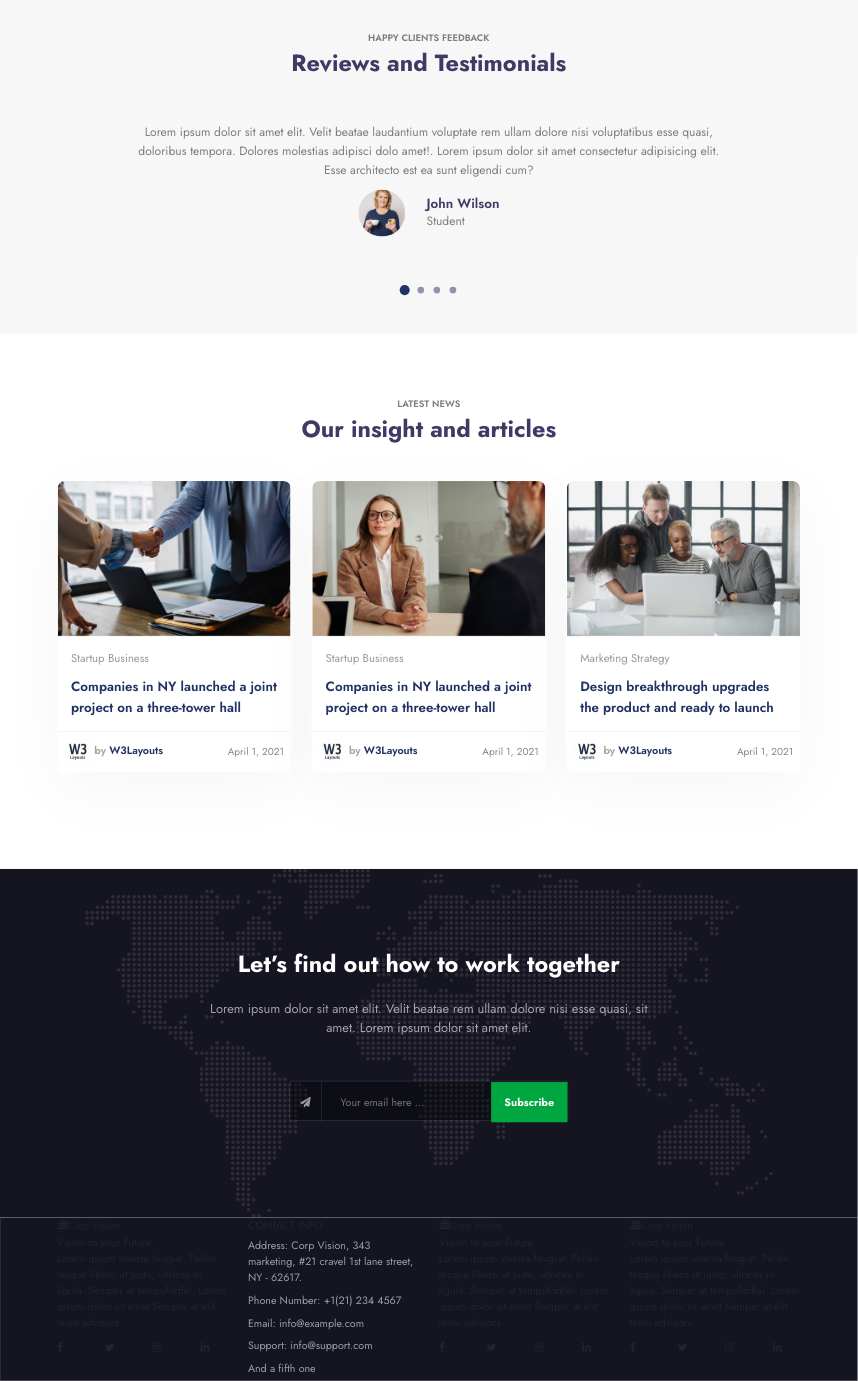
Repository: khaipnp/corpvision
Page: index.html
These files come from the project's save history. The page is drawn as it stood at one moment and after the next save; the edit follows.
The browser window is 1280 px wide. The pictures show the whole page, at 67% of full size.

Above is the page before, as saved 2021-07-04 12:50:31.

### index.html
<!DOCTYPE html>
<html lang="en">
  <head>
    <meta charset="UTF-8" />
    <meta http-equiv="X-UA-Compatible" content="IE=edge" />
    <meta name="viewport" content="width=device-width, initial-scale=1.0" />
    <title>Corpvision</title>
    <meta name="description" content="Corpvision Website" />
    <!-- FONT-GOOGLE -->
    <link rel="preconnect" href="https://fonts.gstatic.com" />
    <link
      href="https://fonts.googleapis.com/css2?family=Jost:ital,wght@0,100;0,200;0,300;0,400;0,500;0,600;0,700;0,800;0,900;1,400&display=swap"
      rel="stylesheet"
    />
    <!-- FONT-AWSOME -->
    <link
      rel="stylesheet"
      href="https://cdnjs.cloudflare.com/ajax/libs/font-awesome/5.15.3/css/all.min.css"
      integrity="sha512-iBBXm8fW90+nuLcSKlbmrPcLa0OT92xO1BIsZ+ywDWZCvqsWgccV3gFoRBv0z+8dLJgyAHIhR35VZc2oM/gI1w=="
      crossorigin="anonymous"
      referrerpolicy="no-referrer"
    />
    <link rel="stylesheet" href="./css/font-awesome.min.css" />
    <!-- OWL CAROUSEL -->
    <link
      rel="stylesheet"
      href="https://cdnjs.cloudflare.com/ajax/libs/OwlCarousel2/2.3.4/assets/owl.carousel.min.css"
      integrity="sha512-tS3S5qG0BlhnQROyJXvNjeEM4UpMXHrQfTGmbQ1gKmelCxlSEBUaxhRBj/EFTzpbP4RVSrpEikbmdJobCvhE3g=="
      crossorigin="anonymous"
      referrerpolicy="no-referrer"
    />
    <link
      rel="stylesheet"
      href="https://cdnjs.cloudflare.com/ajax/libs/OwlCarousel2/2.3.4/assets/owl.theme.default.css"
      integrity="sha512-OTcub78R3msOCtY3Tc6FzeDJ8N9qvQn1Ph49ou13xgA9VsH9+LRxoFU6EqLhW4+PKRfU+/HReXmSZXHEkpYoOA=="
      crossorigin="anonymous"
      referrerpolicy="no-referrer"
    />
    <!-- BOOTSTRAP -->
    <link
      rel="stylesheet"
      href="https://cdn.jsdelivr.net/npm/bootstrap@4.6.0/dist/css/bootstrap.min.css"
      integrity="sha384-B0vP5xmATw1+K9KRQjQERJvTumQW0nPEzvF6L/Z6nronJ3oUOFUFpCjEUQouq2+l"
      crossorigin="anonymous"
    />
    <!-- MAIN CSS -->
    <link rel="stylesheet" href="./css/main.css" />
  </head>
  <body>
    <header></header>
    <section class="feedback">
      <div class="feedback__content py-5">
        <div class="container">
          <h5 class="small-title col-12 text-center">Happy clients Feedback</h5>
          <h3 class="big-title col-12 text-center">Reviews and Testimonials</h3>
          <div class="testimonials owl-carousel owl-theme">
            <div class="testimonials__item">
              <p class="text-center col-12">
                Lorem ipsum dolor sit amet elit. Velit beatae laudantium
                voluptate rem ullam dolore nisi voluptatibus esse quasi,
                doloribus tempora. Dolores molestias adipisci dolo amet!. Lorem
                ipsum dolor sit amet consectetur adipisicing elit. Esse
                architecto est ea sunt eligendi cum?
              </p>
              <div
                class="
                  testimonials__desc
                  row
                  align-items-center
                  justify-content-center
                "
              >
                <div class="avatar mr-3">
                  <img src="./img/team1.jpg" alt="team 1" />
                </div>
                <div class="name ml-3">
                  <h3>John Wilson</h3>
                  <p>Student</p>
                </div>
              </div>
            </div>
            <div class="testimonials__item">
              <p class="text-center col-12">
                Lorem ipsum dolor sit amet elit. Velit beatae laudantium
                voluptate rem ullam dolore nisi voluptatibus esse quasi,
                doloribus tempora. Dolores molestias adipisci dolo amet!. Lorem
                ipsum dolor sit amet consectetur adipisicing elit. Esse
                architecto est ea sunt eligendi cum?
              </p>
              <div
                class="
                  testimonials__desc
                  row
                  align-items-center
                  justify-content-center
                "
              >
                <div class="avatar mr-3">
                  <img src="./img/team2.jpg" alt="team 2" />
                </div>
                <div class="name ml-3">
                  <h3>Julia Sakura</h3>
                  <p>Student</p>
                </div>
              </div>
            </div>
            <div class="testimonials__item">
              <p class="text-center col-12">
                Lorem ipsum dolor sit amet elit. Velit beatae laudantium
                voluptate rem ullam dolore nisi voluptatibus esse quasi,
                doloribus tempora. Dolores molestias adipisci dolo amet!. Lorem
                ipsum dolor sit amet consectetur adipisicing elit. Esse
                architecto est ea sunt eligendi cum?
              </p>
              <div
                class="
                  testimonials__desc
                  row
                  align-items-center
                  justify-content-center
                "
              >
                <div class="avatar mr-3">
                  <img src="./img/team3.jpg" alt="team 3" />
                </div>
                <div class="name ml-3">
                  <h3>Roy Linderson</h3>
                  <p>Student</p>
                </div>
              </div>
            </div>
            <div class="testimonials__item">
              <p class="text-center col-12">
                Lorem ipsum dolor sit amet elit. Velit beatae laudantium
                voluptate rem ullam dolore nisi voluptatibus esse quasi,
                doloribus tempora. Dolores molestias adipisci dolo amet!. Lorem
                ipsum dolor sit amet consectetur adipisicing elit. Esse
                architecto est ea sunt eligendi cum?
              </p>
              <div
                class="
                  testimonials__desc
                  row
                  align-items-center
                  justify-content-center
                "
              >
                <div class="avatar mr-3">
                  <img src="./img/team4.jpg" alt="team 4" />
                </div>
                <div class="name ml-3">
                  <h3>Smith Johnson</h3>
                  <p>Student</p>
                </div>
              </div>
            </div>
          </div>
        </div>
      </div>
    </section>
    <section class="news py-5">
      <div class="news__content py-5">
        <div class="container">
          <h5 class="small-title col-12 text-center">LATEST NEWS</h5>
          <h3 class="big-title col-12 text-center">Our insight and articles</h3>
          <div class="row py-5">
            <div class="news__item col-md-6 col-lg-4">
              <div class="news__card">
                <div class="card__thumbnail p-0 position-relative">
                  <img src="./img/blog1.jpg" alt="blog 1" />
                </div>
                <div class="card__content">
                  <p>Startup Business</p>
                  <a href="#">Companies in NY launched a joint project on a three-tower
                    hall</a>
                </div>
                <div class="card__footer">
                  <span><img src="./img/icon.jpeg" alt="" /> by <a href="#">W3Layouts</a></span>
                  <p>April 1, 2021</p>
                </div>
              </div>
            </div>
            <div class="news__item col-md-6 col-lg-4">
              <div class="news__card">
                <div class="card__thumbnail p-0 position-relative">
                  <img src="./img/blog2.jpg" alt="blog 1" />
                </div>
                <div class="card__content">
                  <p>Startup Business</p>
                  <a href="#">Companies in NY launched a joint project on a three-tower
                    hall</a>
                </div>
                <div class="card__footer">
                  <span><img src="./img/icon.jpeg" alt="" /> by <a href="#">W3Layouts</a></span>
                  <p>April 1, 2021</p>
                </div>
              </div>
            </div>
            <div class="news__item col-md-6 col-lg-4">
              <div class="news__card">
                <div class="card__thumbnail p-0 position-relative">
                  <img src="./img/blog3.jpg" alt="blog 1" />
                </div>
                <div class="card__content">
                  <p>Marketing Strategy</p>
                  <a href="#">Design breakthrough upgrades the product and ready to launch</a>
                </div>
                <div class="card__footer">
                  <span><img src="./img/icon.jpeg" alt="" /> by <a href="#">W3Layouts</a></span>
                  <p>April 1, 2021</p>
                </div>
              </div>
            </div>
          </div>
        </div>
      </div>
    </section>
    <div class="subscribe py-5">
      <div class="container">
        <div class="sub__box my-5 mx-auto align-items-center justify-content-center">
          <h3 class="big-title py-4 col-12 text-center">Let’s find out how to work together<h3>
          <p class="col-12 text-center">Lorem ipsum dolor sit amet elit. Velit beatae rem ullam dolore nisi esse quasi, sit amet. Lorem ipsum dolor sit amet elit.</p>
          <div class="input__email justify-content-center py-5">
            <form>
              <i class="fa fa-paper-plane"></i>
              <input type="email" placeholder="Your email here ...">
              <button>Subscribe</button>
            </form>
          </div>
        </div>
      </div>
    </div>
    <footer>
      <div class="footer__info container">
        <div class="row">
          <div class="footer__content col-3">
            <i class="fa fa-align-right">Corp Vision</i>
            <div class="slogan">Vision to your Future</div>
            <p>Lorem ipsum viverra feugiat. Pellen tesque libero ut justo, ultrices in ligula. Semper at tempufddfel. Lorem ipsum dolor sit amet Semper at elit team advisors.</p>
            <div class="social__network row justify-content-start">
              <i class="fa fa-facebook col-3"></i>
              <i class="fa fa-twitter col-3"></i>
              <i class="fa fa-instagram col-3"></i>
              <i class="fa fa-linkedin col-3"></i>
            </div>
          </div>
          <div class="footer__content col-3">
            CONTACT INFO
            <ul class="list-group list-group-flush">
              <li class="list-group-item">Address: Corp Vision, 343 marketing, #21 cravel 1st lane street, NY - 62617.</li>
              <li class="list-group-item">Phone Number: +1(21) 234 4567</li>
              <li class="list-group-item">Email: info@example.com</li>
              <li class="list-group-item">Support: info@support.com</li>
              <li class="list-group-item">And a fifth one</li>
            </ul>
          </div>
          <div class="footer__content col-3">
            <i class="fa fa-align-right">Corp Vision</i>
            <div class="slogan">Vision to your Future</div>
            <p>Lorem ipsum viverra feugiat. Pellen tesque libero ut justo, ultrices in ligula. Semper at tempufddfel. Lorem ipsum dolor sit amet Semper at elit team advisors.</p>
            <div class="social__network row justify-content-start">
              <i class="fa fa-facebook col-3"></i>
              <i class="fa fa-twitter col-3"></i>
              <i class="fa fa-instagram col-3"></i>
              <i class="fa fa-linkedin col-3"></i>
            </div>
          </div>
          <div class="footer__content col-3">
            <i class="fa fa-align-right">Corp Vision</i>
            <div class="slogan">Vision to your Future</div>
            <p>Lorem ipsum viverra feugiat. Pellen tesque libero ut justo, ultrices in ligula. Semper at tempufddfel. Lorem ipsum dolor sit amet Semper at elit team advisors.</p>
            <div class="social__network row justify-content-start">
              <i class="fa fa-facebook col-3"></i>
              <i class="fa fa-twitter col-3"></i>
              <i class="fa fa-instagram col-3"></i>
              <i class="fa fa-linkedin col-3"></i>
            </div>
          </div>
        </div>
      </div>
    </footer>
    <!-- SCRIPT -->
    <!-- BOOTSTRAP -->
    <script
      src="https://cdnjs.cloudflare.com/ajax/libs/jquery/3.6.0/jquery.js"
      integrity="sha512-n/4gHW3atM3QqRcbCn6ewmpxcLAHGaDjpEBu4xZd47N0W2oQ+6q7oc3PXstrJYXcbNU1OHdQ1T7pAP+gi5Yu8g=="
      crossorigin="anonymous"
      referrerpolicy="no-referrer"
    ></script>
    <script
      src="https://cdn.jsdelivr.net/npm/bootstrap@4.6.0/dist/js/bootstrap.bundle.min.js"
      integrity="sha384-Piv4xVNRyMGpqkS2by6br4gNJ7DXjqk09RmUpJ8jgGtD7zP9yug3goQfGII0yAns"
      crossorigin="anonymous"
    ></script>
    <!-- OWL CAROUSEL -->
    <script src="./js/owl.carousel.min.js"></script>
    <script>
      $(document).ready(function () {
        $(".owl-carousel").owlCarousel({
          navigation: false,
          slideSpeed: 300,
          paginationSpeed: 400,
          singleItem: true,
          items: 1,
          // itemsDesktop : false,
          // itemsDesktopSmall : false,
          // itemsTablet: false,
          // itemsMobile : false
        });
      });
    </script>
  </body>
</html>

### css/main.css
* {
  padding: 0;
  margin: 0;
  box-sizing: border-box;
}

html,
body {
  font-family: "Jost", sans-serif;
  background: #fff;
}

.small-title {
  color: #7e7d7d;
  font-size: 14px;
  font-weight: 600;
  text-transform: uppercase;
}

.big-title {
  color: #3f3a64;
  font-size: 35px;
  font-weight: 700;
}

/* FEEDBACK */
.feedback {
  background-color: #f7f7f7;
}

.testimonials__item {
  margin: 60px auto;
  display: block;
  max-width: 900px;
  height: auto;
}

.testimonials__item p {
  color: #7e7d7d;
  font-size: 18px;
  line-height: 28px;
}

.testimonials__desc .avatar {
  width: 70px;
  height: 70px;
  overflow: hidden;
  border-radius: 50%;
}

.testimonials__desc .avatar img {
  width: 100%;
  height: 100%;
  object-fit: cover;
}

.name h3 {
  font-size: 20px;
  margin: 0;
  font-weight: 600;
  color: #3f3a64;
}
.name p {
  font-style: normal;
  margin-bottom: 0;
}

.owl-theme .owl-dots .owl-dot.active span,
.owl-theme .owl-dots .owl-dot span {
  background: rgba(33, 51, 100, 0.5);
  transform: scale(1);
  transition: all 0.5s;
}

.owl-theme .owl-dots .owl-dot.active span,
.owl-theme .owl-dots .owl-dot:hover span {
  background: #213364 !important;
  transform: scale(1.5);
}

/* NEWS */
.news__card {
  background-color: #fff;
  box-shadow: 0 25px 98px 0 rgb(0 0 0 / 4%);
  border: 1px solid transparent;
  border-radius: 10px;
}

.card__thumbnail {
  overflow: hidden;
  border-radius: 10px 10px 0 0;
}

.card__thumbnail img {
  width: 100%;
  border-radius: 10px 10px 0 0;
  object-fit: cover;
  cursor: pointer;
  transition: all 0.5s;
}

.card__thumbnail img:hover {
  transform: scale(1.15);
}

.card__content {
  padding: 20px;
}

.card__content p {
  color: #999;
  font-size: 17px;
  font-weight: 400;
}

.card__content a {
  text-decoration: none;
  color: #213364;
  font-size: 20px;
  font-weight: 600;
  transition: all 0.5s;
  cursor: pointer;
}

.card__content a:hover {
  color: #00a63f;
}

.card__footer {
  display: flex;
  justify-content: space-between;
  align-items: center;
  border-top: 1px solid rgba(126, 125, 125, 0.1);
  padding: 10px;
}

.card__footer a {
  color: #213364;
  font-size: 1rem;
  font-weight: 600;
  cursor: pointer;
  transition: all 0.5s;
  text-decoration: none;
}

.card__footer a:hover {
  color: #00a63f;
}

.card__footer img {
  cursor: pointer;
}

.card__footer span {
  color: rgb(102, 102, 102, 0.6);
  font-weight: 600;
}

.card__footer p {
  margin-bottom: 0;
  font-size: 15px;
  color: rgb(102, 102, 102, 0.8);
}

/* SUBCRIBE */
.subscribe {
  background-image: url(../img/map.png);
  background-color: #151421;
  background-size: contain;
  background-repeat: no-repeat;
  background-position: center;
}

.sub__box {
  max-width: 700px;
}

.sub__box .big-title {
  color: #fff;
}

.sub__box p {
  font-size: 1.2rem;
  color: rgba(255, 255, 255, 0.6);
  line-height: 1.5;
  font-weight: 400;
}

.input__email {
  display: flex;
}

.input__email form {
  border: 1px solid rgb(255, 255, 255, 0.15);
  border-radius: 5px;
  height: 60px;
  background: rgb(0, 0, 0, 0.35);
  max-width: 550px;
}

.input__email input {
  color: #999;
  padding: 20px 20px;
  border: none;
  font-size: 1rem;
  outline: none;
  background: none;
}

.input__email button {
  background-color: #00a63f;
  color: #fff;
  height: 60px;
  padding: 0 20px;
  border: none;
  font-size: 1rem;
  font-weight: 700;
  line-height: 60px;
  text-align: center;
}

.input__email i {
  text-align: center;
  color: #999;
  font-size: 1rem;
  border-right: 1px solid rgb(255, 255, 255, 0.15);
  line-height: 60px;
  padding: 0 15px;
}

/* FOOTER */

footer {
  background-color: #151421;
  border: 1px solid rgb(255, 255, 255, 0.15);
}

.footer__content .list-group-item {
  background-color: transparent !important;
  padding: 5px 0 !important;
  color: #97a1a9;
  border: none !important;
}

Loaded but not shown: css/font-awesome.min.css (library); js/owl.carousel.min.js (library)

After the next save:
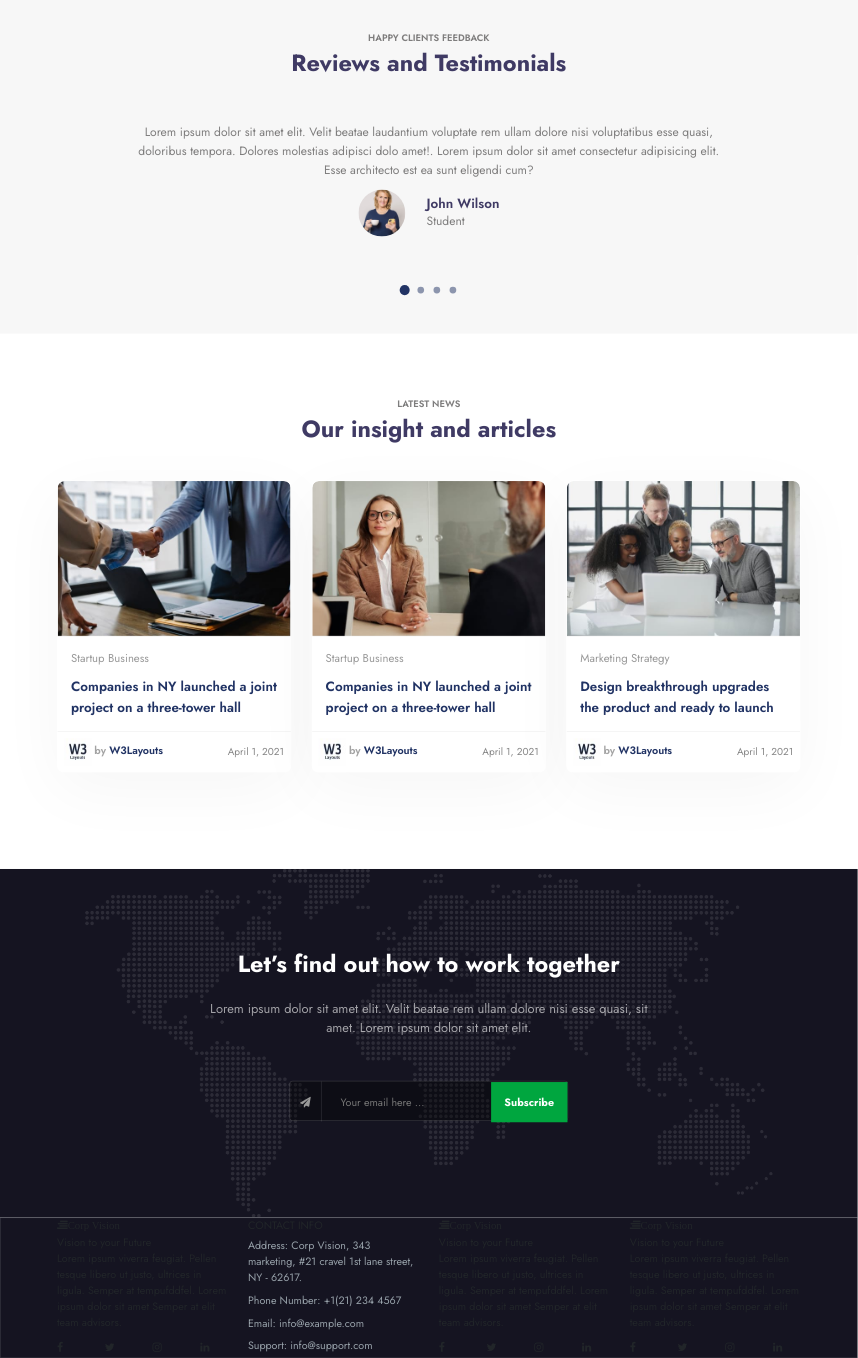
Saved 12 s later.
--- a/index.html
+++ b/index.html
@@ -251,7 +251,6 @@
               <li class="list-group-item">Phone Number: +1(21) 234 4567</li>
               <li class="list-group-item">Email: info@example.com</li>
               <li class="list-group-item">Support: info@support.com</li>
-              <li class="list-group-item">And a fifth one</li>
             </ul>
           </div>
           <div class="footer__content col-3">
